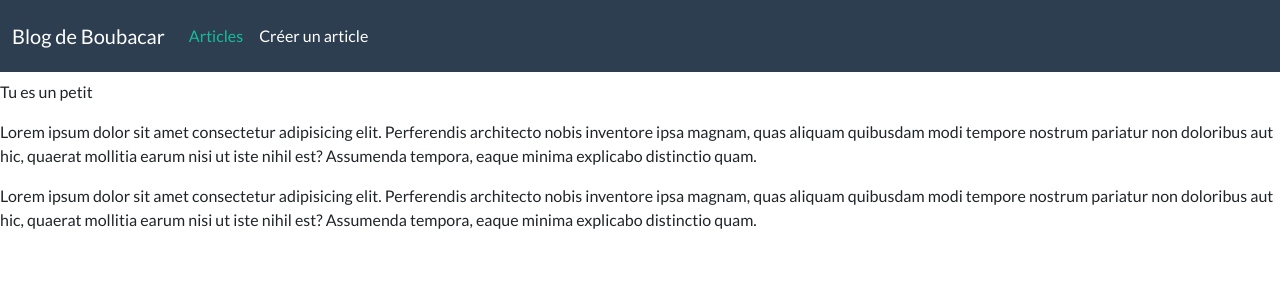
Repository: 2boubacar10/blog_lior_chamla
Page: templates/blog/home.html.twig
These files come from the project's save history. The page is drawn as it stood at one moment and after the next save; the edit follows.
The browser window is 1280 px wide. The pictures show the whole page.
The page is a Twig template of a Symfony application; nobody is signed in and links lead nowhere. The template is opened directly, without the code that normally fills it, so the values that code supplies are empty.

Above is the page before, as saved 2021-06-26 15:09:18.

After the next save:
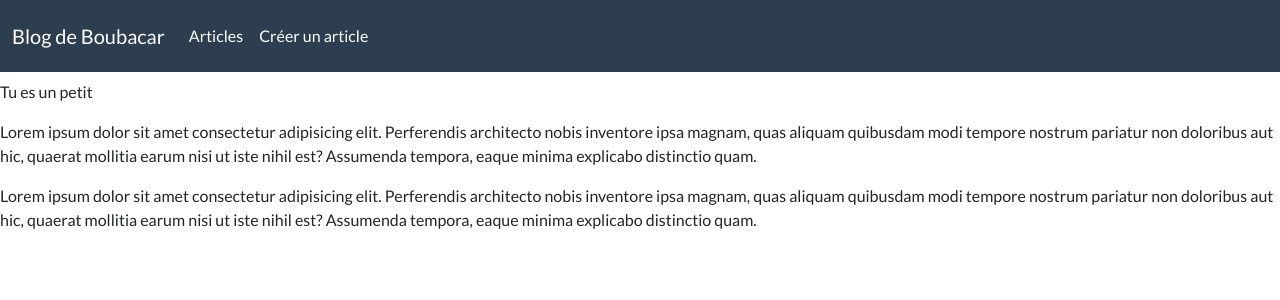
Saved 37 s later.
--- a/templates/base.html.twig
+++ b/templates/base.html.twig
@@ -27,7 +27,7 @@
                 <div class="collapse navbar-collapse" id="navbarColor01">
                     <ul class="navbar-nav me-auto">
                         <li class="nav-item">
-                            <a class="nav-link active" href="/blog">Articles
+                            <a class="nav-link" href="/blog">Articles
                                 <span class="visually-hidden">(current)</span>
                             </a>
                         </li>
